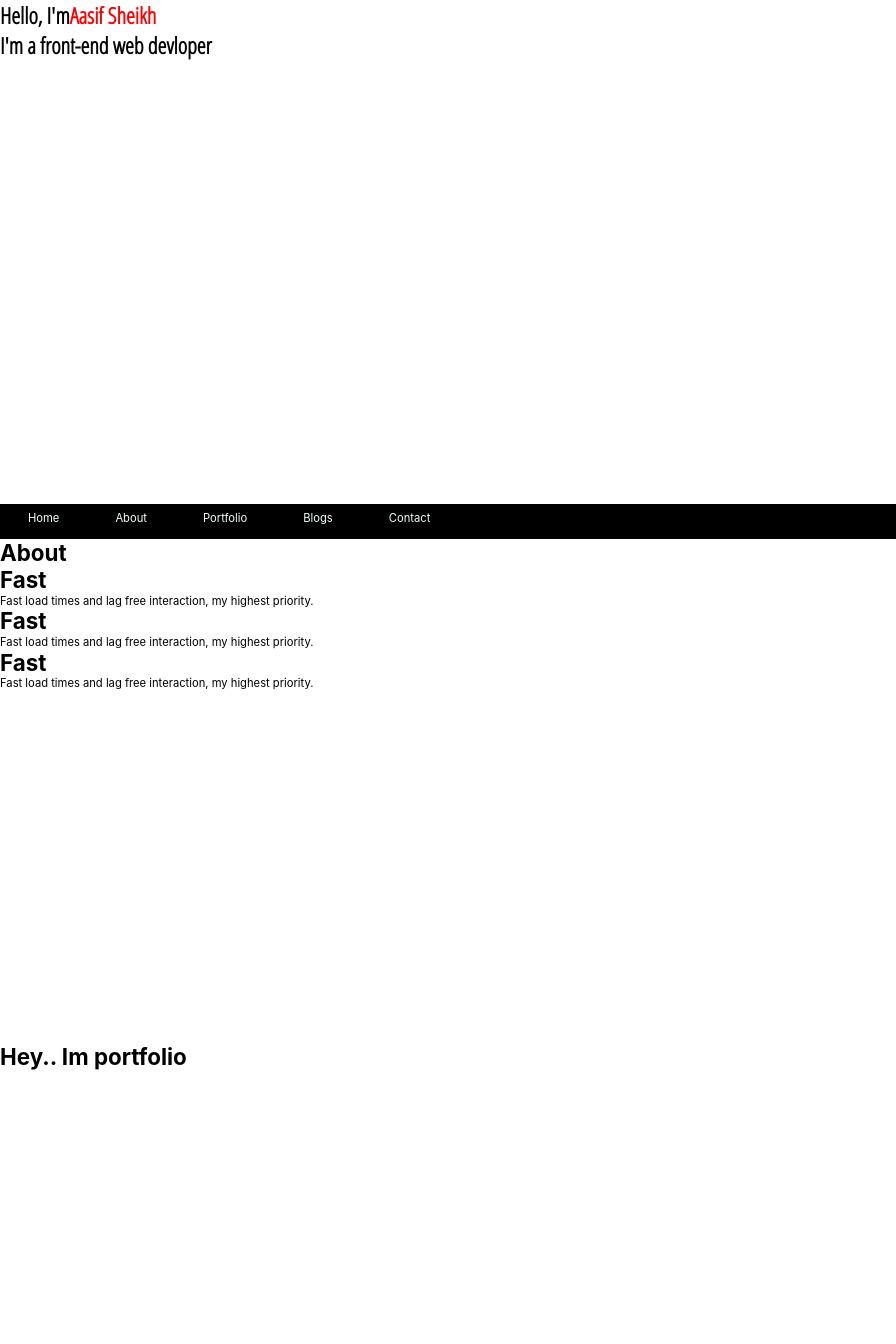
Repository: Aaasifsheikh/aasifsheikh-portfolio
Page: /
The author's editor kept a copy of each file at every save. The page is drawn from the files as they stood at one save, then again after the next save.
The browser window is 1280 px wide. The pictures show the part of the page from y = 0 to 1920 px (the page is 3650 px tall), at 70% of full size.
The project was rebuilt for these pictures with package versions that can differ from the ones it lists, and the page was loaded fresh each time.

Above is the page before, as saved 2020-12-05 15:11:14.

### public/index.html
<!DOCTYPE html>
<html lang="en">
  <head>
    <meta charset="utf-8" />
    <link rel="icon" href="%PUBLIC_URL%/favicon.ico" />
    <meta name="viewport" content="width=device-width, initial-scale=1" />
    <meta name="theme-color" content="#000000" />
    <meta
      name="description"
      content="Web site created using create-react-app"
    />
    <link rel="preconnect" href="https://fonts.gstatic.com" />
    <link
      href="https://fonts.googleapis.com/css2?family=Open+Sans+Condensed:wght@300&family=Roboto+Condensed:wght@300;400&display=swap"
      rel="stylesheet"
    />
    <link rel="apple-touch-icon" href="%PUBLIC_URL%/logo192.png" />
    <!--
      manifest.json provides metadata used when your web app is installed on a
      user's mobile device or desktop. See https://developers.google.com/web/fundamentals/web-app-manifest/
    -->
    <link rel="manifest" href="%PUBLIC_URL%/manifest.json" />
    <!--
      Notice the use of %PUBLIC_URL% in the tags above.
      It will be replaced with the URL of the `public` folder during the build.
      Only files inside the `public` folder can be referenced from the HTML.

      Unlike "/favicon.ico" or "favicon.ico", "%PUBLIC_URL%/favicon.ico" will
      work correctly both with client-side routing and a non-root public URL.
      Learn how to configure a non-root public URL by running `npm run build`.
    -->
    <title>React App</title>
  </head>
  <body>
    <noscript>You need to enable JavaScript to run this app.</noscript>
    <div id="root"></div>
    <!--
      This HTML file is a template.
      If you open it directly in the browser, you will see an empty page.

      You can add webfonts, meta tags, or analytics to this file.
      The build step will place the bundled scripts into the <body> tag.

      To begin the development, run `npm start` or `yarn start`.
      To create a production bundle, use `npm run build` or `yarn build`.
    -->
  </body>
</html>

### src/App.js
import About from "./About";
import "./App.css";
import Blog from "./Blog";
import Contact from "./Contact";
import Home from "./Home";
import Navbar from "./Navbar";
import Portfolio from "./Portfolio";

function App() {
  return (
    <div className="App">
      <Home />
      <Navbar />
      <About />
      <Portfolio />
      <Blog />
      <Contact />
    </div>
  );
}

export default App;

### src/About.jsx
import React from "react";
import "./About.scss";

function About() {
  return (
    <div className="about">
      <div className="heading">
        <h1>About</h1>
      </div>
      <div className="description">
        <div className="fast">
        <h1>
          Fast
        </h1> <p>Fast load times and lag free interaction, my highest priority.</p>
        </div>
        <div className="responsive"><h1>
          Fast
        </h1> <p>Fast load times and lag free interaction, my highest priority.</p></div>
        <div className="intuitive"><h1>
          Fast
        </h1> <p>Fast load times and lag free interaction, my highest priority.</p></div>
        <div className="dynamic"></div>
      </div>
    </div>
  );
}

export default About;

### src/Blog.jsx
import React from 'react'
import "./Blogs.scss";


function Blog() {
    return (
        <div className="blogs">
           <h1>Hey.. Im Blog</h1>
        </div>
    )
}

export default Blog

### src/Contact.jsx
import React from "react";
import "./Contact.scss";


function Contact() {
  return (
    <div className="contact">
      <h1>Hey.. Im Contact</h1>
    </div>
  );
}

export default Contact;

### src/Home.jsx
import React from "react";
import "./Home.scss";

function Home() {
  return (
    <div className="home">
      <div className="contents">
        <h1>
          Hello, I'm
                <span className="highlight" style={{ color: "red" }}>
            Aasif Sheikh
          </span>
          <br />
          I'm a front-end web devloper
        </h1>
      </div>
    </div>
  );
}

export default Home;

### src/Navbar.jsx
import React from "react";
import Button from "@material-ui/core/Button";
import "./Navbar.scss";

function Navbar() {
  return (
      <nav className="nav">
        <ul className="flex">
        <li><a href="#Home">Home</a></li>
        <li><a href="#About">About</a></li>
        <li><a href="#Portfolio">Portfolio</a></li>
        <li><a href="#Blogs">Blogs</a></li>
        <li><a href="#Contact">Contact</a></li>
    </ul>
        {/* <Button variant="contained" color="black" className="btn">
          HOME
        </Button>
        <Button variant="contained" className="btn">ABOUT</Button>
        <Button variant="contained" className="btn">PORTFOLIO</Button>
        <Button variant="contained" className="btn">BLOGS</Button>
        <Button variant="contained" className="btn">CONTACT</Button> */}
      </nav>

  );
}

export default Navbar;

### src/Portfolio.jsx
import React from "react";
import "./Portfolio.scss";

function Portfolio() {
  return (
    <div className="portfolio">
      <h1>Hey.. Im portfolio</h1>
    </div>
  );
}

export default Portfolio;

### src/About.scss
.about{
    height: 100vh;
    width: 100%;
}

### src/Blogs.scss
.blogs{
    height: 100vh;
    width: 100%;
}

### src/Contact.scss
.contact{
    height: 100vh;
    width: 100%;
}

### src/Home.scss
.home{
    height: 100vh;
    width: 100%;
    font-family: 'Open Sans Condensed', sans-serif;
}
.contents{
  justify-content: center;
}

### src/Navbar.scss
.nav {
  width: 100%;
  height: 50px;
  background-color: black;
  display: flex;
  justify-content: space-between;
}
.flex li {
  display: inline-block;
  // flex-direction: column;
  padding: 10px 40px;
}
.flex li a {
  text-transform: capitalize;
  text-decoration: none;
  color: azure;
}
.flex li a:hover{
    color: bisque;
    font-family: 'Open Sans Condensed', sans-serif;


}

### src/Portfolio.scss
.portfolio{
    height: 100vh;
    width: 100%;
}

Loaded but not shown: src/index.js (common file); src/index.css (common file); src/App.css (common file)

After the next save:
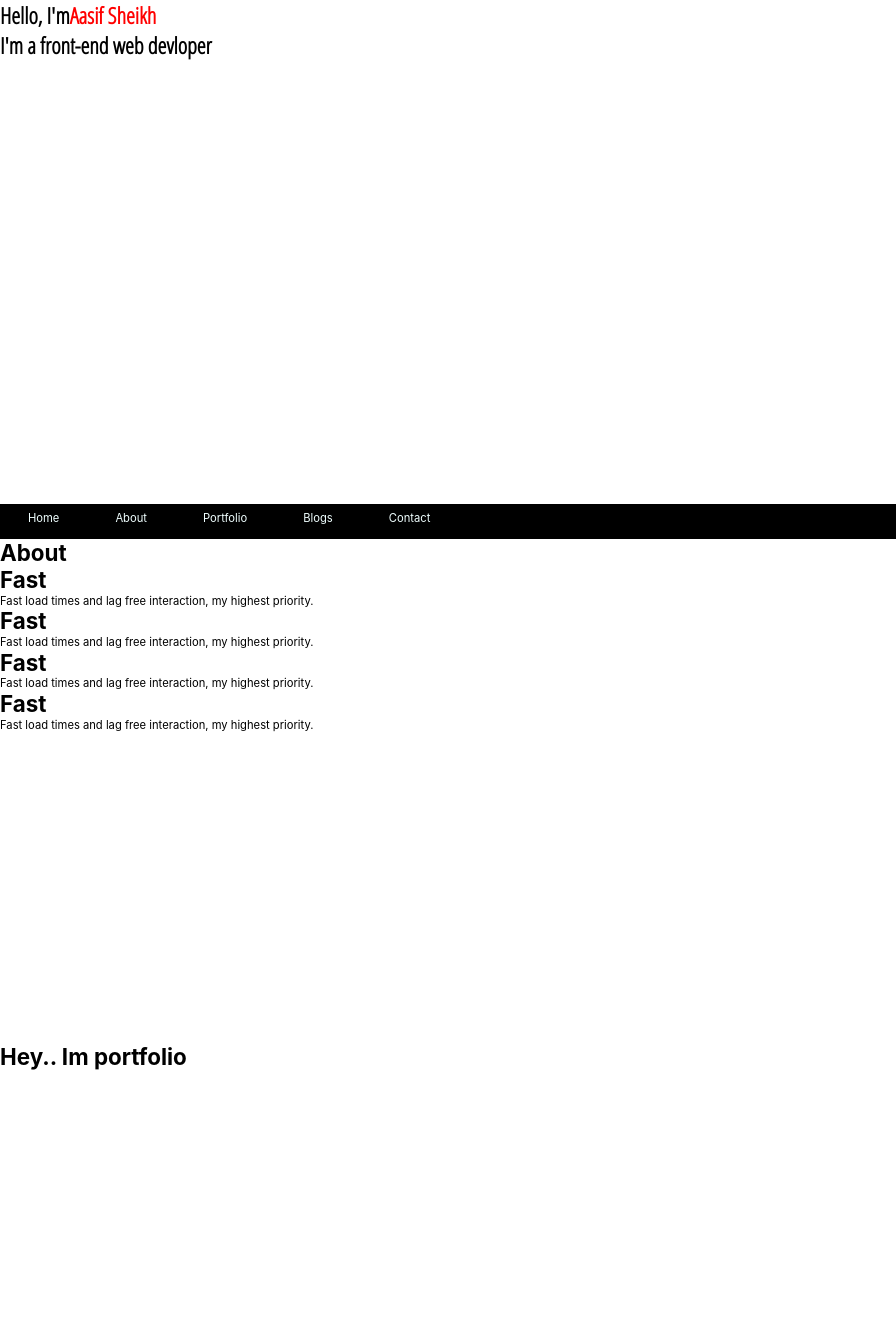
Saved 4 s later.
--- a/src/About.jsx
+++ b/src/About.jsx
@@ -19,7 +19,9 @@ function About() {
         <div className="intuitive"><h1>
           Fast
         </h1> <p>Fast load times and lag free interaction, my highest priority.</p></div>
-        <div className="dynamic"></div>
+        <div className="dynamic"><h1>
+          Fast
+        </h1> <p>Fast load times and lag free interaction, my highest priority.</p></div>
       </div>
     </div>
   );
